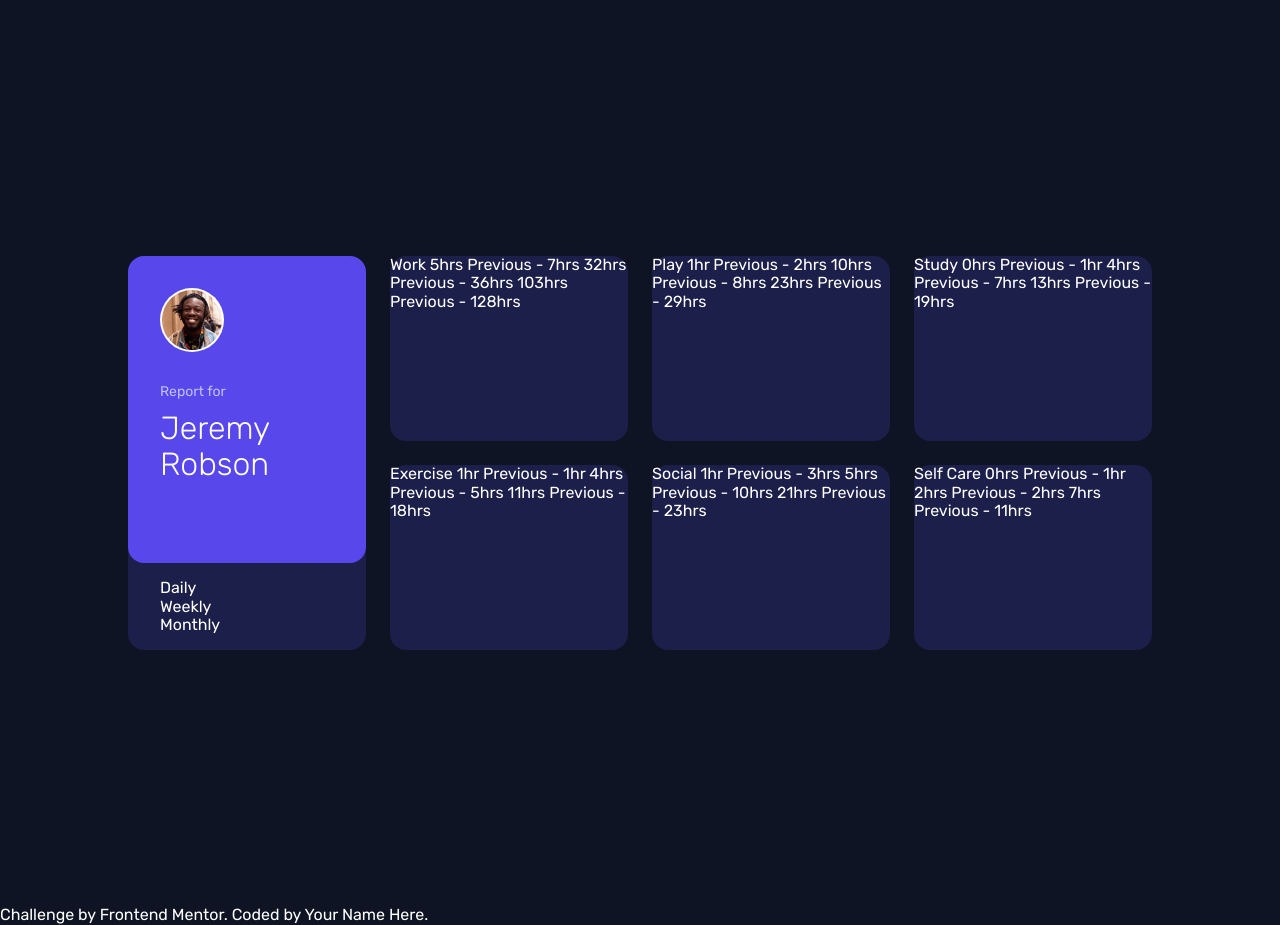
Repository: Jay-JYKim91/FM_time-tracking-dashboard
Page: index.html
The author's editor kept a copy of each file at every save. The page is drawn from the files as they stood at one save, then again after the next save.
The browser window is 1280 px wide. The pictures show the whole page.

Above is the page before, as saved 2021-12-15 22:43:59.

### index.html
<!DOCTYPE html>
<html lang="en">
<head>
  <meta charset="UTF-8">
  <meta name="viewport" content="width=device-width, initial-scale=1.0"> <!-- displays site properly based on user's device -->

  <link rel="icon" type="image/png" sizes="32x32" href="./images/favicon-32x32.png">

  <title>Time tracking dashboard</title>
  <link rel="stylesheet" href="https://cdnjs.cloudflare.com/ajax/libs/normalize/8.0.1/normalize.min.css" integrity="sha512-NhSC1YmyruXifcj/KFRWoC561YpHpc5Jtzgvbuzx5VozKpWvQ+4nXhPdFgmx8xqexRcpAglTj9sIBWINXa8x5w==" crossorigin="anonymous" referrerpolicy="no-referrer" />
  <link rel="preconnect" href="https://fonts.googleapis.com">
  <link rel="preconnect" href="https://fonts.gstatic.com" crossorigin>
  <link href="https://fonts.googleapis.com/css2?family=Rubik:wght@300;400;500&display=swap" rel="stylesheet">
  <link rel="stylesheet" href="style.css">
  <script src="main.js" defer></script>
</head>
<body>
  <section class="container">
    <article class="card profile-card">
        <div class="profile-name-card">
          <div class="profile-img-box">
            <img src="./images/image-jeremy.png" alt="jeremy" class="profile">
          </div>
          <p>Report for</p>
          <p class="name">Jeremy Robson</p>
        </div>
        <ul>
          <li><a href="">Daily</a></li>
          <li><a href="">Weekly</a></li>
          <li><a href="">Monthly</a></li>
        </ul>
    </article>
    <article class="card">
      Work
  5hrs <!-- daily -->
  Previous - 7hrs <!-- daily -->
  32hrs <!-- weekly -->
  Previous - 36hrs <!-- weekly -->
  103hrs <!-- monthly -->
  Previous - 128hrs <!-- monthly -->
    </article>
    <article class="card">
      Play
  1hr <!-- daily -->
  Previous - 2hrs <!-- daily -->
  10hrs <!-- weekly -->
  Previous - 8hrs <!-- weekly -->
  23hrs <!-- monthly -->
  Previous - 29hrs <!-- monthly -->


    </article>
    <article class="card">
      Study
  0hrs <!-- daily -->
  Previous - 1hr <!-- daily -->
  4hrs <!-- weekly -->
  Previous - 7hrs <!-- weekly -->
  13hrs <!-- monthly -->
  Previous - 19hrs <!-- monthly -->


    </article>
    <article class="card">
      Exercise
  1hr <!-- daily -->
  Previous - 1hr <!-- daily -->
  4hrs <!-- weekly -->
  Previous - 5hrs <!-- weekly -->
  11hrs <!-- monthly -->
  Previous - 18hrs <!-- monthly -->


    </article>
    <article class="card">
      Social
  1hr <!-- daily -->
  Previous - 3hrs <!-- daily -->
  5hrs <!-- weekly -->
  Previous - 10hrs <!-- weekly -->
  21hrs <!-- monthly -->
  Previous - 23hrs <!-- monthly -->


    </article>
    <article class="card">
      Self Care
  0hrs <!-- daily -->
  Previous - 1hr <!-- daily -->
  2hrs <!-- weekly -->
  Previous - 2hrs <!-- weekly -->
  7hrs <!-- monthly -->
  Previous - 11hrs <!-- monthly -->
    </article>
  </section>








  <div class="attribution">
    Challenge by <a href="https://www.frontendmentor.io?ref=challenge" target="_blank">Frontend Mentor</a>.
    Coded by <a href="#">Your Name Here</a>.
  </div>
</body>
</html>

### style.css
:root {
  --body-font: "Rubik", sans-serif;

  --blue: hsl(246, 80%, 60%);
  --light-red: hsl(15, 100%, 70%);
  --soft-blue: hsl(195, 74%, 62%);
  --light-red: hsl(348, 100%, 68%);
  --lime-green: hsl(145, 58%, 55%);
  --violet: hsl(264, 64%, 52%);
  --soft-orange: hsl(43, 84%, 65%);
  --very-dark-blue: hsl(226, 43%, 10%);
  --dark-blue: hsl(235, 46%, 20%);
  --desaturated-blue: hsl(235, 45%, 61%);
  --pale-blue: hsl(236, 100%, 87%);
}
/* --Light red (work): hsl(15, 100%, 70%)
--Soft blue (play): hsl(195, 74%, 62%)
--Light red (study): hsl(348, 100%, 68%)
--Lime green (exercise): hsl(145, 58%, 55%)
--Violet (social): hsl(264, 64%, 52%) */
body {
  background-color: var(--very-dark-blue);
  color: white;
  font-family: var(--body-font);
}
a {
  text-decoration: none;
  color: white;
}
.container {
  width: 80vw;
  margin: 20% auto;
  display: grid;
  grid-template-columns: repeat(4, 1fr);
  gap: 1.5em;
}
.card {
  border-radius: 1em;
  background-color: var(--dark-blue);
}
.profile-card {
  grid-row: 1 / 3;
}
.profile-card ul {
  list-style: none;
  padding-left: 2em;
}
.profile-name-card {
  background-color: var(--blue);
  padding: 2em;
  border-radius: 1em;
}
.profile-name-card p {
  color: var(--pale-blue);
  margin: 0;
  font-size: 14px;
}
.profile-name-card .name {
  color: white;
  font-size: 2rem;
  font-weight: 300;
  margin: 0.3em 0 1.5em 0;
}
.profile-img-box {
  width: 64px;
  height: 64px;
  border-radius: 50%;
  background-color: white;
  margin-bottom: 2em;
}
.profile {
  width: 60px;
  margin: 2px;
}
@media (min-width: 768px) and (max-width: 1023px) {
}

@media (max-width: 767px) {
}

Loaded but not shown: main.js (empty)

After the next save:
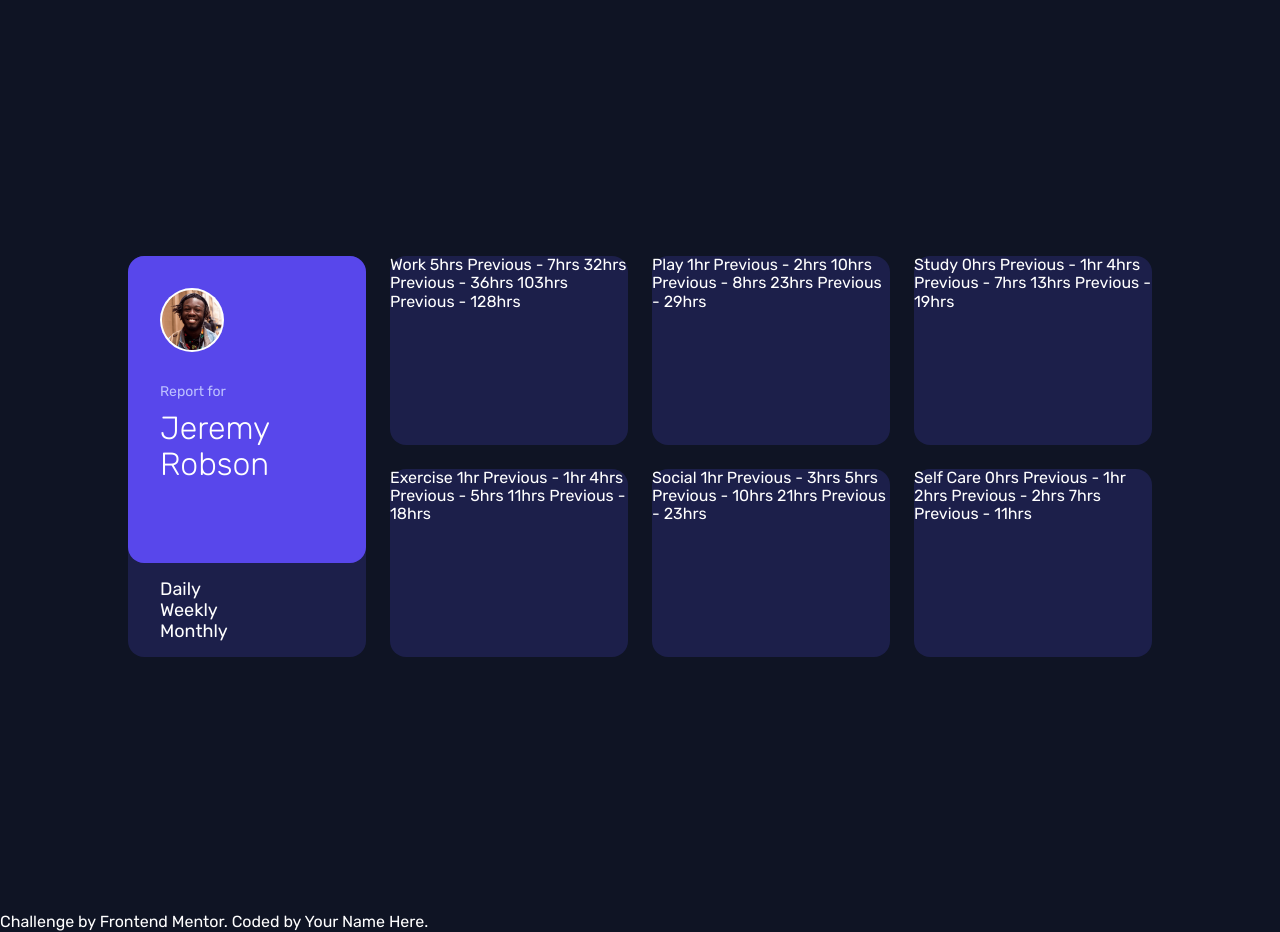
Saved 77 s later.
--- a/style.css
+++ b/style.css
@@ -72,6 +72,9 @@ a {
   width: 60px;
   margin: 2px;
 }
+.profile-card li {
+  font-size: 18px;
+}
 @media (min-width: 768px) and (max-width: 1023px) {
 }
 
